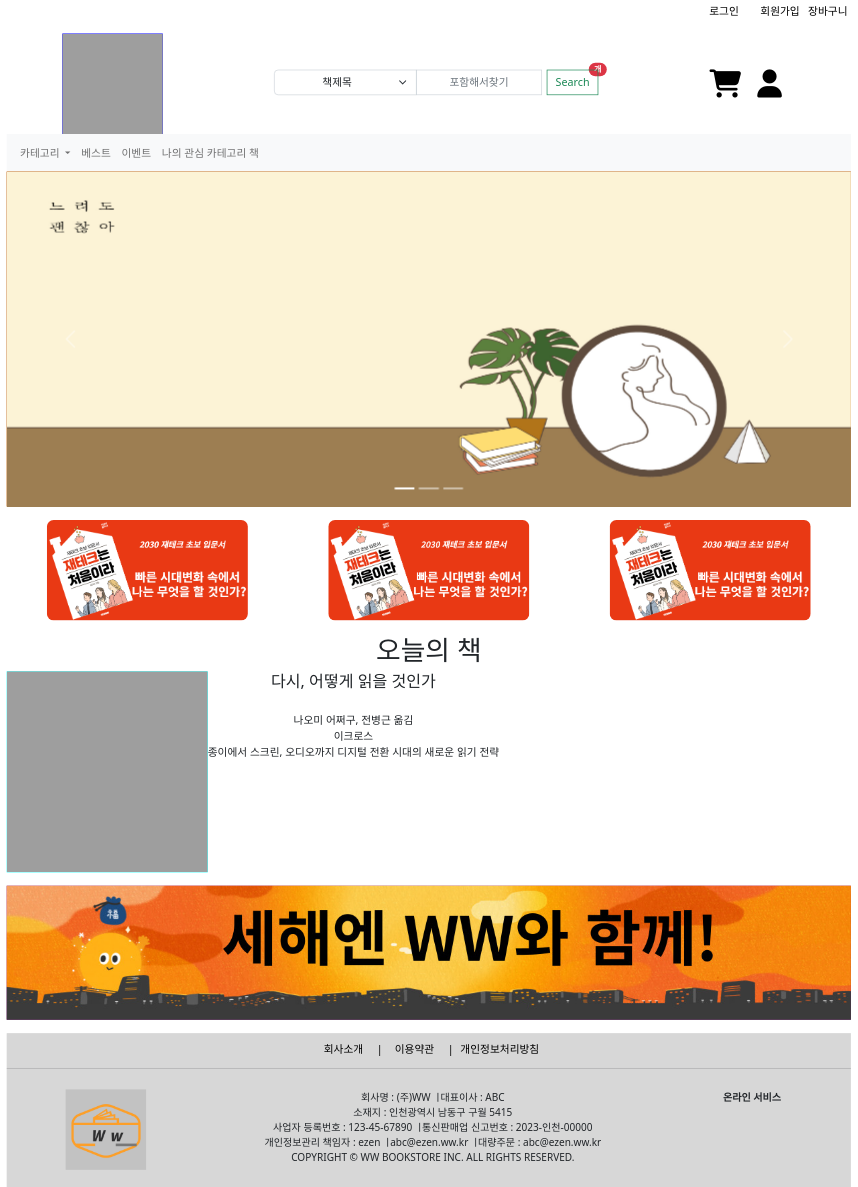
Repository: bongbongi/book1
Page: http://localhost/book/WEB-INF/views/home.jsp
These files come from the project's save history. The page is drawn as it stood at one moment and after the next save; the edit follows.
The browser window is 1280 px wide. The pictures show the whole page, at 67% of full size.
Pictures or frames that could not be fetched are drawn as grey boxes. Some web libraries are served in a nearby version. The page is served by Tomcat 9. Nobody is signed in. Other server files are loaded and not shown. The template is opened directly, without the code that normally fills it, so the values that code supplies are empty.

Above is the page before, as saved 2023-01-13 02:24:38.

### book/src/main/webapp/WEB-INF/views/home.jsp
<%@ page language="java" contentType="text/html; charset=UTF-8"
   pageEncoding="UTF-8"%>
<%@ taglib uri="http://java.sun.com/jsp/jstl/core" prefix="c"%>
<%@ page import="java.net.URLEncoder"%>
<%@ page import="java.net.URL"%>
<%@ page import="java.net.HttpURLConnection"%>
<%@ page import="java.io.BufferedReader"%>
<%@ page import="java.io.InputStreamReader"%>

<html>
<!-- CSS only -->
<link
   href="https://cdn.jsdelivr.net/npm/bootstrap@5.2.2/dist/css/bootstrap.min.css"
   rel="stylesheet"
   integrity="sha384-Zenh87qX5JnK2Jl0vWa8Ck2rdkQ2Bzep5IDxbcnCeuOxjzrPF/et3URy9Bv1WTRi"
   crossorigin="anonymous">
<!-- JavaScript Bundle with Popper -->
<script
   src="https://cdn.jsdelivr.net/npm/bootstrap@5.2.2/dist/js/bootstrap.bundle.min.js"
   integrity="sha384-OERcA2EqjJCMA+/3y+gxIOqMEjwtxJY7qPCqsdltbNJuaOe923+mo//f6V8Qbsw3"
   crossorigin="anonymous"></script>
<script src="https://kit.fontawesome.com/92e616dfba.js" crossorigin="anonymous"></script>
<meta charset="UTF-8">
<head>
<title>Home</title>
<style>
* {
   text-align: center;
}

.home_main {
   margin:0 auto;
   width: 1260px;
}

body {


}

.slide {
   background-color: peru;
   margin: 0 auto;
   width: 1260px;
   height: 500px;
}

.todayBookImg {
   width: 300px;
   height: 300px;
   background-color: aqua;
}

.todayBookImg>img {
   width: 300px;
   height: 300px;
}

.todayBook {
   margin: 20px 0;
}

.todayBookIntroduce {
   margin: 0 auto;
   display: flex;
}

.Best_item {
   width: 230px;
   height: 310px;
   /* background-color: antiquewhite; */
   display: inline-block;
   vertical-align: top;
   margin-right: 10px;
   margin-bottom: 50px;

   border:1px solid darkgray;
   border-radius: 20px;
}

.img_box {
   width: 220px;
   height: 200px;
   /* background-color: lightgray; */
   margin: 5px;
}
.book_img{
   width: 180px;
   height: 200px;
}
.main_book_header{
   font-size:16px;
}
.main_book_writer{
   font-size:10px;
}

.BestSellerList {
   list-style: none;

   padding:0px;
   /* display: -moz-inline-box; */
}

.BestSellerList:nth-last-child(-n+5) {
   margin-top: 50px;
}

.bestSeller {
   /* display: flex; */

}

.d-block {
   height: 500px;
}
.rank>i{
   margin:5px;
   padding:0;

   text-align: center;
 /*    text-align: left; */
}
.fa-1{
 font-size:15px;
    margin-left:8px;
}
.foot-ad{
   background-color: purple;
   height: 200px;
   margin: 20px 0px;
}
.foot-ad>a>img{
   height: 200px;
}
.ad-one{
   margin: 20px 0;
   height: 150px;
   display: flex;
   justify-content: space-around;
}

.ad_mini{
   width: 300px;
   height:150px;
}
.ad_mini>a>img{
   border-radius: 10px;
   width: 300px;
   height:150px;

}
</style>
</head>
<body>
   <jsp:include page="./layout/header.jsp"></jsp:include>


   <div class="home_main">
      <nav class="navbar navbar-expand-lg bg-light">
         <div class="container-fluid">
            <!-- <a class="navbar-brand" href="#">Navbar</a> -->
            <button class="navbar-toggler" type="button"
               data-bs-toggle="collapse" data-bs-target="#navbarSupportedContent"
               aria-controls="navbarSupportedContent" aria-expanded="false"
               aria-label="Toggle navigation">
               <span class="navbar-toggler-icon"></span>
            </button>
            <div class="collapse navbar-collapse" id="navbarSupportedContent">
               <ul class="navbar-nav me-auto mb-2 mb-lg-0">
                  <!-- <li class="nav-item">
                <a class="nav-link active" aria-current="page" href="#">이벤트</a>
              </li> -->
                  <li class="nav-item dropdown"><a
                     class="nav-link dropdown-toggle" href="#" role="button"
                     data-bs-toggle="dropdown" aria-expanded="false"> 카테고리 </a>
                     <ul class="dropdown-menu">
                        <li><a class="dropdown-item" href="/novel">소설</a></li>
                        <li><a class="dropdown-item" href="/essay">에세이</a></li>

                        <li><hr class="dropdown-divider"></li>
                        <li><a class="dropdown-item" href="/problem">문제집</a></li>
                     </ul></li>
                  <li class="nav-item"><a class="nav-link" href="/">베스트</a></li>
                  <li class="nav-item"><a class="nav-link" href="#">이벤트</a></li>
                  <li class="nav-item"><a class="nav-link" href="/${ses.mno_cno}">나의 관심 카테고리 책</a></li>

               </ul>
            </div>
         </div>
      </nav>
      <div class="slide">
         <div id="carouselExampleCaptions" class="carousel slide"
            data-bs-ride="false">
            <div class="carousel-indicators">
               <button type="button" data-bs-target="#carouselExampleCaptions"
                  data-bs-slide-to="0" class="active" aria-current="true"
                  aria-label="Slide 1"></button>
               <button type="button" data-bs-target="#carouselExampleCaptions"
                  data-bs-slide-to="1" aria-label="Slide 2"></button>
               <button type="button" data-bs-target="#carouselExampleCaptions"
                  data-bs-slide-to="2" aria-label="Slide 3"></button>
            </div>
            <div class="carousel-inner">
               <div class="carousel-item active">
                  <img
                     src="/resources/img/main-slide-ad1.jpg"
                     class="d-block w-100" alt="...">
               </div>
               <div class="carousel-item">
                  <img
                     src="/resources/img/main-slide-ad2.jpg"
                     class="d-block w-100" alt="...">
               </div>
               <div class="carousel-item">
                  <img
                     src="/resources/img/main-slide-ad3.jpg"
                     class="d-block w-100" alt="...">
               </div>
            </div>
            <button class="carousel-control-prev" type="button"
               data-bs-target="#carouselExampleCaptions" data-bs-slide="prev">
               <span class="carousel-control-prev-icon" aria-hidden="true"></span>
               <span class="visually-hidden">Previous</span>
            </button>
            <button class="carousel-control-next" type="button"
               data-bs-target="#carouselExampleCaptions" data-bs-slide="next">
               <span class="carousel-control-next-icon" aria-hidden="true"></span>
               <span class="visually-hidden">Next</span>
            </button>
         </div>
      </div>

      <div class="ad-one">
         <div class="ad_mini">
            <a href="#">
               <img src="/resources/img/mini-ad1.jpg">
            </a>
         </div>
         <div class="ad_mini">
            <a href="#">
               <img src="/resources/img/mini-ad1.jpg">
            </a>
         </div>
         <div class="ad_mini">
            <a href="#">
               <img src="/resources/img/mini-ad1.jpg">
            </a>
         </div>
      </div>

      <c:choose>
      <c:when test="${content eq 'main'}">
      <div class="hidden">
      <h1>베스트 셀러</h1>
      <div class="BestSeller">
         <ul class="BestSellerList">
         <c:forEach items="${book_list}" var="list" begin="1" end="10">
            <li class="Best_item">
               <div class="rank">
                  <i class="fa-solid fa-1"></i>
               </div>
               <div class="img_box">
                  <a href="/book/bkDetailView?book_num=${list.book_num}">
                     <img class="book_img" src="${list.book_image}">
                  </a>
               </div>
               <div class="info_box">
                  <span class="main_book_header">${list.book_title}</span>
                  <Br>
                  <span class="main_book_writer">${list.book_writer} : ${list.book_publisher}</span>
               </div>
            </li>
         </c:forEach>
         </ul>
      </div>
      </div>
      </c:when>

      <c:when test="${content eq 'novel' }">

      <div class="hidden">
      <h1>소설 top10</h1>
      <div class="BestSeller">
         <ul class="BestSellerList">
         <c:forEach items="${book_list}" var="list" begin="1" end="10">
            <li class="Best_item">
               <div class="rank">
                  <i class="fa-solid fa-1"></i>
               </div>
               <div class="img_box">
                  <a href="#">
                     <img class="book_img" src="${list.book_image}">
                  </a>
               </div>
               <div class="info_box">
                  <span class="main_book_header">${list.book_title}</span>
                  <Br>
                  <span class="main_book_writer">${list.book_writer} : ${list.book_publisher}</span>
               </div>
            </li>
         </c:forEach>

         </ul>


      </div>
      </div>

      </c:when>
      <c:when test="${content eq 'essay'}">

      <div class="hidden">
      <h1>essay top10</h1>
      <div class="BestSeller">
         <ul class="BestSellerList">
         <c:forEach items="${book_list}" var="list" begin="1" end="10">
            <li class="Best_item">
               <div class="rank">
                  <i class="fa-solid fa-1"></i>
               </div>
               <div class="img_box">
                  <a href="#">
                     <img class="book_img" src="${list.book_image}">
                  </a>
               </div>
               <div class="info_box">
                  <span class="main_book_header">${list.book_title}</span>
                  <Br>
                  <span class="main_book_writer">${list.book_writer} : ${list.book_publisher}</span>
               </div>
            </li>
         </c:forEach>

         </ul>


      </div>
      </div>

      </c:when>
      <c:when test="${content eq 'problem'}">

      <div class="hidden">
      <h1>문제집 top10</h1>
      <div class="BestSeller">
         <ul class="BestSellerList">
         <c:forEach items="${book_list}" var="list" begin="1" end="10">
            <li class="Best_item">
               <div class="rank">
                  <i class="fa-solid fa-1"></i>
               </div>
               <div class="img_box">
                  <a href="#">
                     <img class="book_img" src="${list.book_image}">
                  </a>
               </div>
               <div class="info_box">
                  <span class="main_book_header">${list.book_title}</span>
                  <Br>
                  <span class="main_book_writer">${list.book_writer} : ${list.book_publisher}</span>
               </div>
            </li>
         </c:forEach>
      </div>

         </ul>


      </div>

      </c:when>

      </c:choose>
      <!-- order by rand() limit 1 로 mapper -->
      <div class="todayBook">
         <h1>오늘의 책</h1>
         <div class="todayBookIntroduce">
            <div class="todayBookImg">
               <img
                  src="https://contents.kyobobook.co.kr/sih/fit-in/458x0/pdt/9791167740847.jpg">
            </div>
            <div>
               <h4>다시, 어떻게 읽을 것인가</h4><br>
               <span>나오미 어쩌구, 전병근 옮김</span><br>
               <span>이크로스</span><br>
               <span>
                  종이에서 스크린, 오디오까지 디지털 전환 시대의 새로운 읽기 전략
               </span><br>

            </div>
         </div>
      </div>
      <!-- 광고 -->
      <div class="foot-ad">
         <a href="#">
            <img src="../resources/img/newYearAD.jpg">
         </a>
      </div>
   </div>
   <jsp:include page="./layout/footer.jsp"></jsp:include>
</body>
</html>

### book/src/main/webapp/WEB-INF/views/layout/header.jsp
<%@ page language="java" contentType="text/html; charset=UTF-8" pageEncoding="UTF-8"%>
<%@ taglib uri="http://java.sun.com/jsp/jstl/core" prefix="c"%>
<link href="https://cdn.jsdelivr.net/npm/bootstrap@5.2.2/dist/css/bootstrap.min.css" rel="stylesheet" integrity="sha384-Zenh87qX5JnK2Jl0vWa8Ck2rdkQ2Bzep5IDxbcnCeuOxjzrPF/et3URy9Bv1WTRi" crossorigin="anonymous">
<script src="https://kit.fontawesome.com/92e616dfba.js" crossorigin="anonymous"></script>
<meta charset="UTF-8">
<!DOCTYPE html>
<html>
<head>
<style>
.header {
   margin: 0 auto;
   width: 1260px;
   height: 200px;
}

.menu {
   display: flex;
   justify-content: flex-end;
   padding: 5px;
}

.logo {
   width: 150px;
   height: 150px;
   background-color: blue;
}

.logo>a>img {
   width: 150px;
   height: 150px;
}

.searchBar {
   /* position:absolute; */
   width: 484px;
   height: 42px;
   /* background-color: gold; */
   margin-top: 54px;
   border-radius: 30px;
}

.bar {
   height: 150px;
   display: flex;
   flex-direction: row;
   flex-wrap: nowrap;
   justify-content: space-around;
   /*    align-items: baseline; */
}

.icons>a>i {
   font-size: 42px;
   color: black;
   margin-top: 54px;
   margin-right: 20px;
}
</style>
</head>
<body>
   <div class="header">
      <div class="menu">
         <c:if test="${ses.mem_id ==null}">
            <ul>
               <a href="/mem/loginPage">로그인</a>
            </ul>
            <ul>
               <a href="/mem/joinPage">회원가입</a>
            </ul>
         </c:if>
         <c:if test="${ses.mem_auth == '0' }">
            <ul>
               <a href="/mem/logOut">로그아웃</a>
            </ul>
            <ul>
               <a href="/mem/adminPage">관리인페이지</a>
            </ul>
         </c:if>
         <c:if test="${ses.mem_id !=null && ses.mem_auth !='0' }">
            <ul>
               <a href="/mem/logOut">로그아웃</a>
            </ul>
            <ul>
               <a href="/mem/mypage">마이페이지</a>
            </ul>
         </c:if>
         <%-- <ul>
            <a href="/cart/cartdetail?mem_num=${ses.mem_num}">장바구니</a>
         </ul> --%>
         <c:if test="${ses.mem_id !=null}">
         <ul>
            <a href="/cart/cartdetail?mem_num=${ses.mem_num}">장바구니</a>
         </ul>
         </c:if>
         <c:if test="${ses.mem_id == null}">
               <a href="/mem/loginPage" onclick="gologin(event)">&nbsp&nbsp&nbsp장바구니</a>
         </c:if>
      </div>
      <div class="bar">
         <div class="logo">
            <a href="/"><img src="/resources/img/logo.jpg" alt="로고"></a>
         </div>
         <div class="searchBar">
            <form action="/book/search" class="d-flex" role="search" method="get">
               <div class="input-group mb-3">
                  <!-- 값을 별도 저장 -->
                  <c:set value="${pgh.pgvo.type}" var="typed" />
                  <select class="form-select" name="type">
                     <option value="t" ${typed eq 't' ? 'selected' :'' }>책제목</option>
                     <option value="c" ${typed eq 'c' ? 'selected' :'' }>작가이름</option>
                     <option value="w" ${typed eq 'w' ? 'selected' :'' }>출판사</option>
                  </select> <input class="form-control me-2" type="text" name="keyword" placeholder="포함해서찾기"> <input type="hidden" name="pageNo" value="1"> <input type="hidden" name="qty" value="10">
                  <button class="btn btn-outline-success" type="submit">Search</button>
                  <span class="position-absolute top-0 start-100 translate-middle badge rounded-pill bg-danger"> ${pgh.totalCount}개 <span class="visually-hidden">unread messages</span>
                  </span>
               </div>
            </form>
         </div>
         <div class="icons">
            <!-- 로그인 되었을때 -->
            <c:if test="${ses.mem_id !=null}">
            <a href="/cart/cartdetail?mem_num=${ses.mem_num}">
               <i class="fa-solid fa-cart-shopping"></i>
            </a>
            </c:if>
            <!-- 로그인 안되었을때 -->
            <c:if test="${ses.mem_id == null}">
            <a href="/mem/loginPage" onclick="gologin(event)">
               <i class="fa-solid fa-cart-shopping"></i>
            </a>
            </c:if>

            <c:if test="${ses.mem_auth == '0' }">
               <a href="/mem/adminPage">
                  <i class="fa-solid fa-user"></i>
               </a>
            </c:if>
            <c:if test="${ses.mem_auth != '0' }">
               <a href="/mem/mypage">
                  <i class="fa-solid fa-user"></i>
               </a>
            </c:if>

         </div>
      </div>
   </div>

   <script type="text/javascript">
      function gologin(event) {
         alert("로그인이 필요합니다!");
      }
      </script>
</body>
</html>

### book/src/main/webapp/WEB-INF/views/layout/footer.jsp
<%@ page language="java" contentType="text/html; charset=UTF-8"
   pageEncoding="UTF-8"%>
   <%@ taglib uri="http://java.sun.com/jsp/jstl/core" prefix="c"%>
<!DOCTYPE html>
<html>
<head>
<meta charset="UTF-8">
<title>Insert title here</title>
<style>
.footer {
   width: 1260px;
   height: 230px;
   background-color: rgba(175, 175, 175, 0.5);
   margin: 0 auto;
}

.footer-logo {

   width: 120px;
   height: 120px;
   background-color: beige;
}
.footer-logo>img{
   width: 120px;
   height: 120px;
}

.address-box {
   text-align: left;
   padding: 0;
   margin: 0;
}

.address {
   padding: 15px;
   height: 150px;
   display: flex;
   font-size: 15px;
   /* align-items: baseline; */
   flex-direction: row;
   flex-wrap: nowrap;
   justify-content: space-around;
}

ul {
   list-style: none;
}

.footer, .address li {

}

.footer-top {
   text-align: center;
   padding-top: 12px;
}

.footer-top>ul {
   margin: 0;
   padding: 0;
   display: flex;
   justify-content: center;
}

.footer-top>li {
   margin: 0;
   padding: 0;
}

a {
   text-decoration-line: none;
   color: black;
}

a:visited {
   text-decoration: none;
}

a:hover {
   text-decoration: none;
}

a:focus {
   text-decoration: none;
}

a:hover, a:active {
   text-decoration: none;
}

.online-serviceBar {
   padding: 0px;
   margin-left: 20px;
   width: 120px;
   height: 120px;
}

.online-serviceBar>ul {
   margin: 0px;
   padding: 0px;
}

</style>

</head>

<body>
   <div class="footer">
      <div class="footer-top">
         <ul>
            <li><a href="/introduce">회사소개 　|　 </a></li>
            <li><a href="/tos">이용약관 　| 　</a></li>
            <li><a href="/pp">개인정보처리방침</a></li>
         </ul>
      </div>
      <hr>
      <div class="address">
         <div class="footer-logo">
            <img src="../resources/img/logo2.png" alt="로고">
         </div>
         <div class="address-box">
            <ul>
               <li>회사명 : (주)WW <span style="margin-right: -7px;">ㅣ</span>
                  대표이사 : ABC
               </li>

               <li>소재지 : 인천광역시 남동구 구월 5415</li>
               <li>사업자 등록번호 : 123-45-67890 <span style="margin-right: -7px;">ㅣ</span>
                  통신판매업 신고번호 : 2023-인천-00000
               </li>

               <li>개인정보관리 책임자 : ezen <span style="margin-right: -7px;">ㅣ</span>
                  abc@ezen.ww.kr <span style="margin-right: -7px;">ㅣ</span> 대량주문 :
                  abc@ezen.ww.kr
               </li>

               <li>COPYRIGHT © WW BOOKSTORE INC. ALL RIGHTS RESERVED.</li>

            </ul>

         </div>
         <div class="online-serviceBar">
            <strong>온라인 서비스</strong>
            <c:if test="${ses.mem_auth eq 1}">
            <ul>
               <li><a href="/mem/mypage">마이페이지</a></li>
               <li><a href="/ntc/noticeOnly">공지사항</a></li>
               <li><a href="/board/list">1대1문의</a></li>
               <li><a href="/faq/faqListOnly">FAQ</a></li>
            </ul>
            </c:if>
            <c:if test="${ses.mem_auth eq 0}">
            <ul>
               <li><a href="/" onclick="gologin(event)">마이페이지</a></li>
               <li><a href="/ntc/noticeOnly">공지사항</a></li>
               <li><a href="/" onclick="gologin(event)">1대1문의</a></li>
               <li><a href="/faq/faqListOnly">FAQ</a></li>
            </ul>

            </c:if>
         </div>
      </div>
   </div>

   <script type="text/javascript">

   function gologin(event) {
      alert("일반회원 영역입니다")
   }



   </script>

</body>
</html>

After the next save:
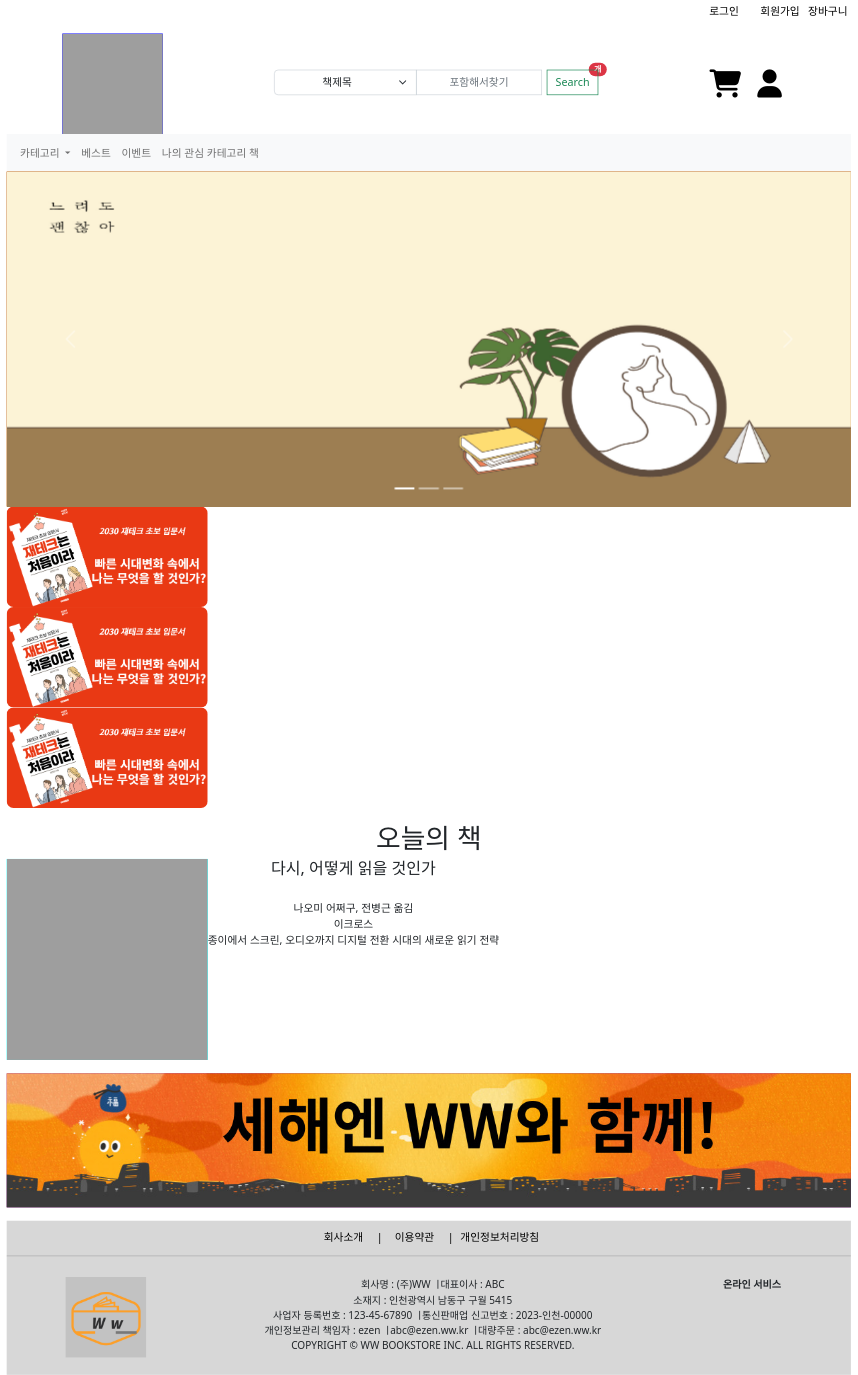
Saved 12 min 43 s later.
--- a/book/src/main/webapp/WEB-INF/views/home.jsp
+++ b/book/src/main/webapp/WEB-INF/views/home.jsp
@@ -133,7 +133,7 @@ body {
 .foot-ad>a>img{
    height: 200px;
 }
-.ad-one{
+.ad{
    margin: 20px 0;
    height: 150px;
    display: flex;

After the save that followed:
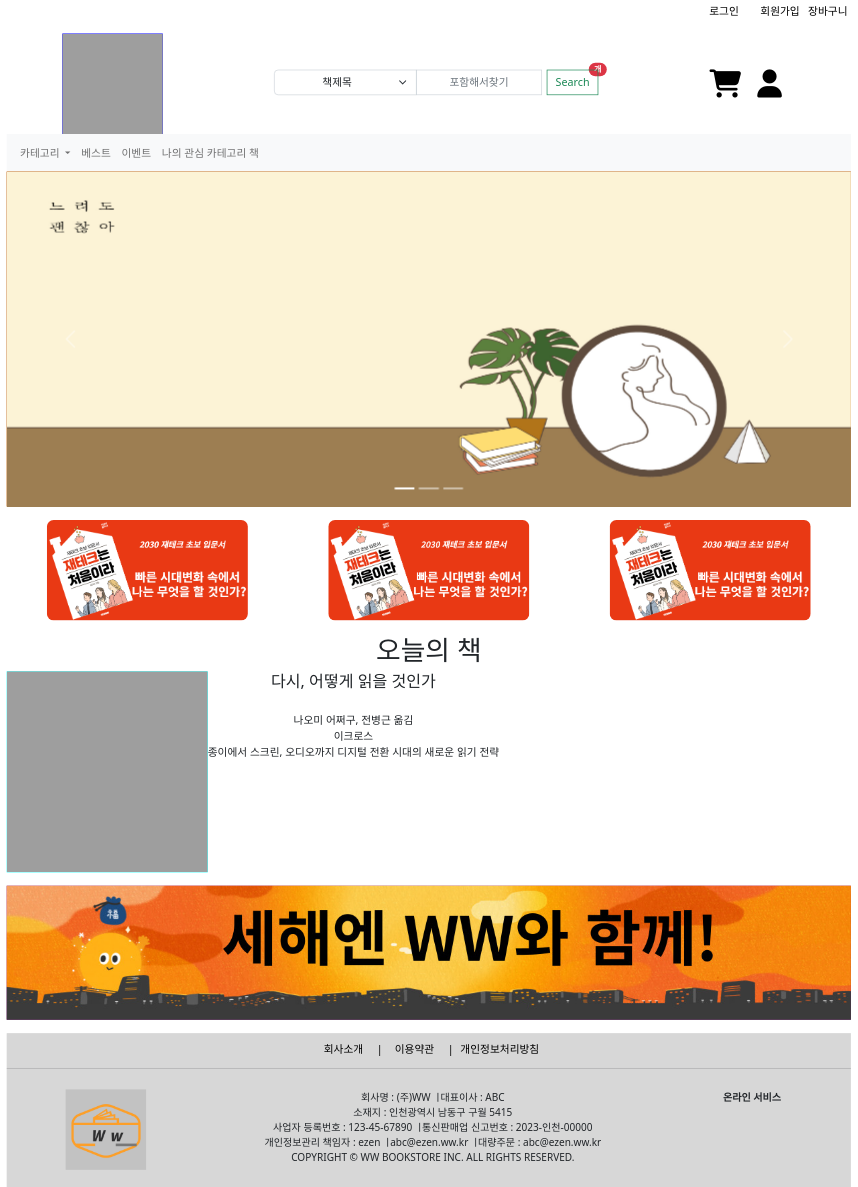
Saved 16 s later.
--- a/book/src/main/webapp/WEB-INF/views/home.jsp
+++ b/book/src/main/webapp/WEB-INF/views/home.jsp
@@ -231,7 +231,7 @@ body {
          </div>
       </div>
 
-      <div class="ad-one">
+      <div class="ad">
          <div class="ad_mini">
             <a href="#">
                <img src="/resources/img/mini-ad1.jpg">
